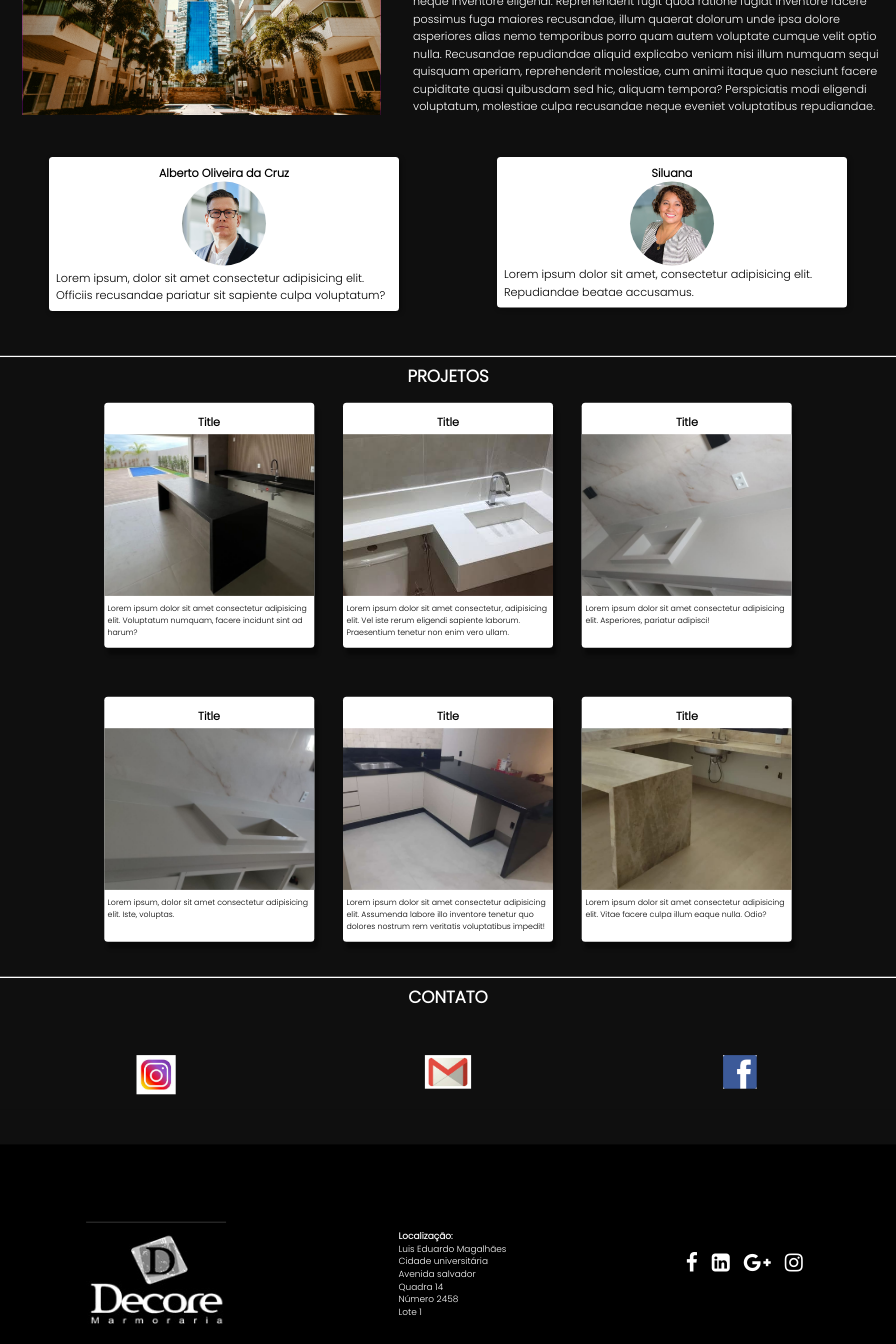
Repository: XFERRER7/projeto-xt7
Page: projetoMarmoraria/index.html
An editor plug-in stored every save of this project. The page is shown before and after the next save, followed by the edit.
The browser window is 1280 px wide. The pictures show the part of the page from y = 955 to 2875 px (the page is 2979 px tall), at 70% of full size.
Some web libraries are served in a nearby version.

Above is the page before, as saved 2022-05-09 18:32:19.

After the next save:
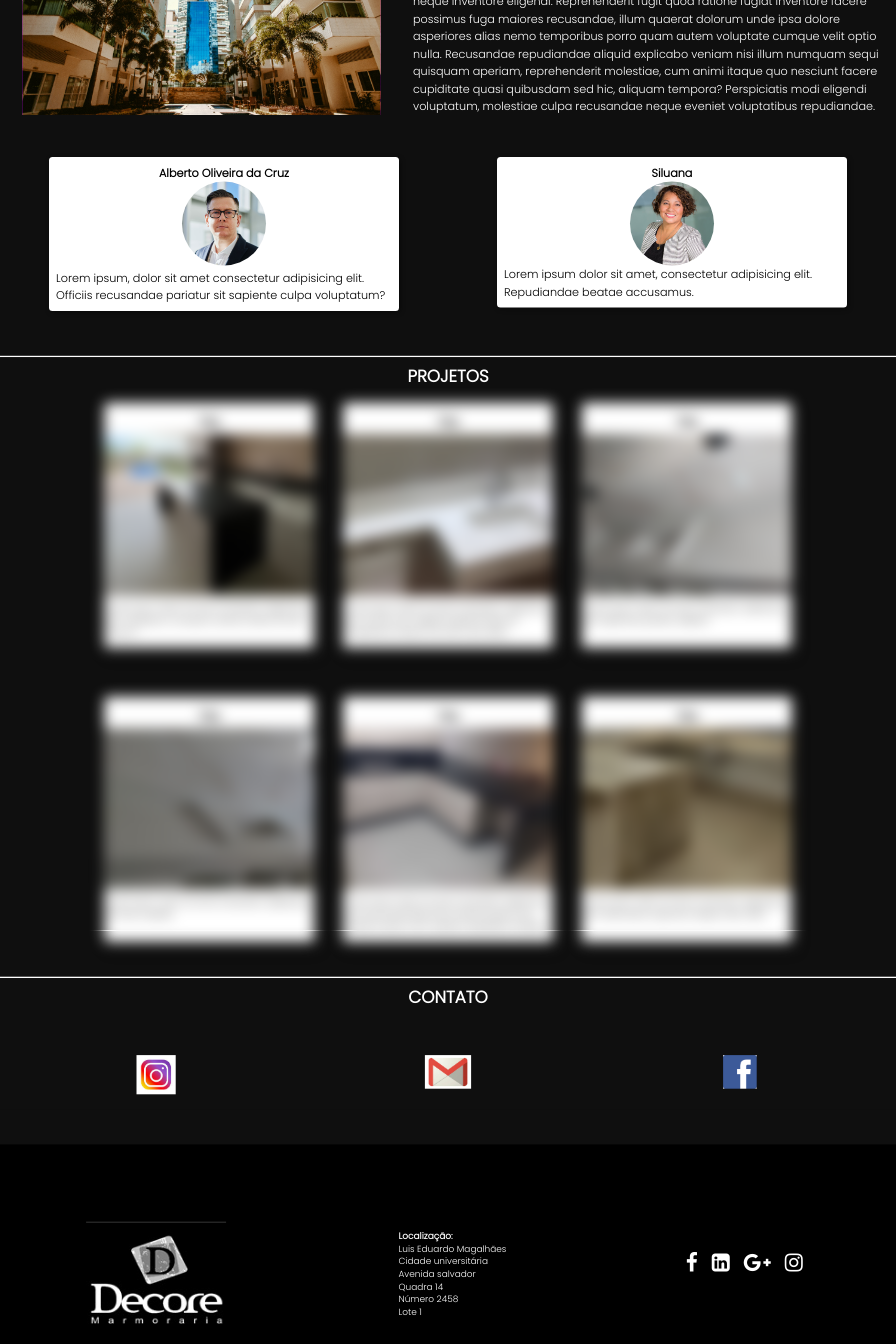
Saved 3 min 31 s later.
--- a/projetoMarmoraria/css/style.css
+++ b/projetoMarmoraria/css/style.css
@@ -354,6 +354,11 @@
   height: 350px;
   background-color: rgb(255, 255, 255);
   color: #000000;
+  -webkit-filter: blur(10px);
+    -moz-filter: blur(10px);
+    -o-filter: blur(10px);
+    -ms-filter: blur(10px);
+    filter: blur(10px);
   width: 300px;
   margin: 20px auto;
   margin-bottom: 50px;

After the 3 saves that followed:
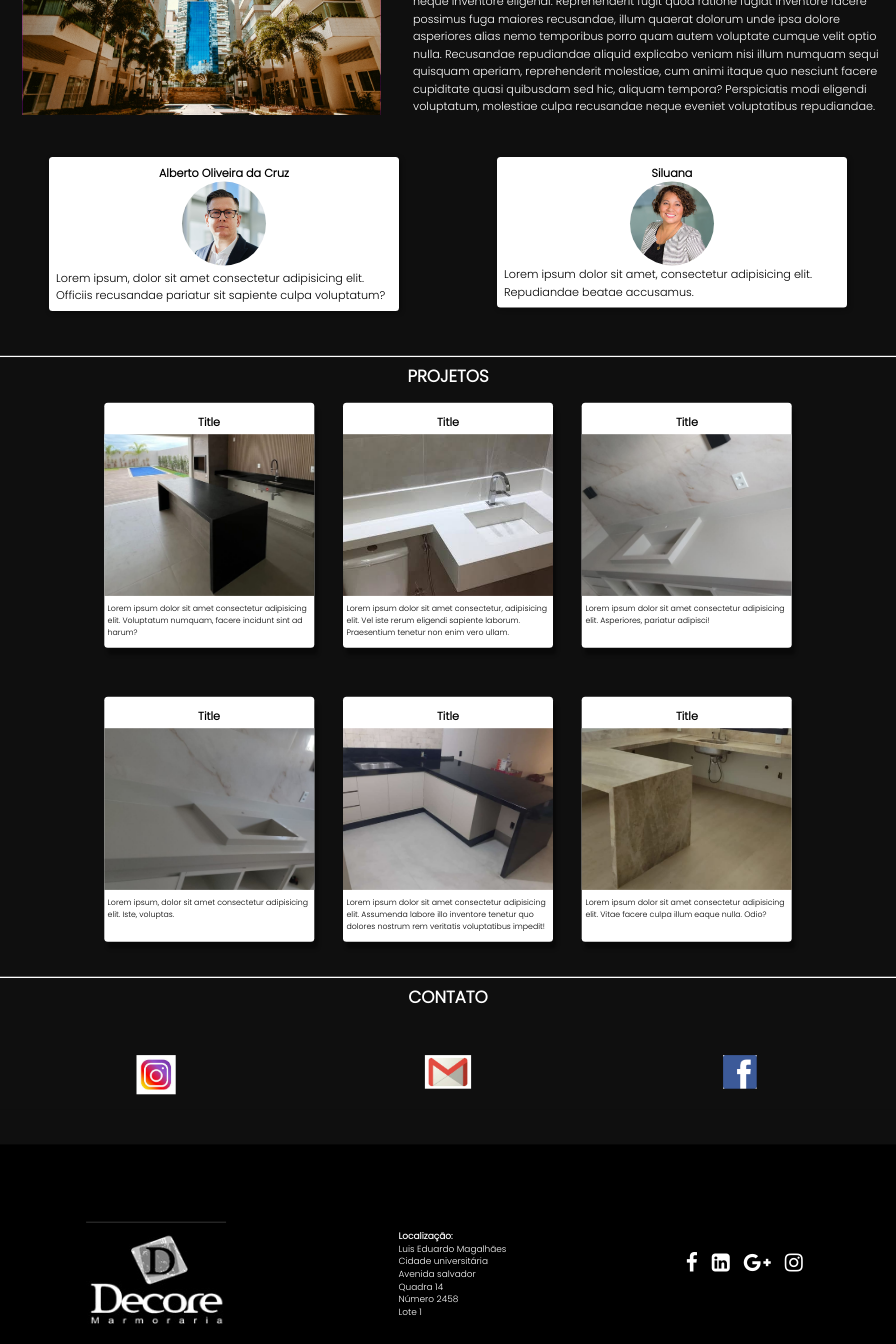
The 3 saves are shown as one change because they came seconds apart.
The last was saved 11 s later.
--- a/projetoMarmoraria/css/style.css
+++ b/projetoMarmoraria/css/style.css
@@ -354,11 +354,7 @@
   height: 350px;
   background-color: rgb(255, 255, 255);
   color: #000000;
-  -webkit-filter: blur(10px);
-    -moz-filter: blur(10px);
-    -o-filter: blur(10px);
-    -ms-filter: blur(10px);
-    filter: blur(10px);
+
   width: 300px;
   margin: 20px auto;
   margin-bottom: 50px;
